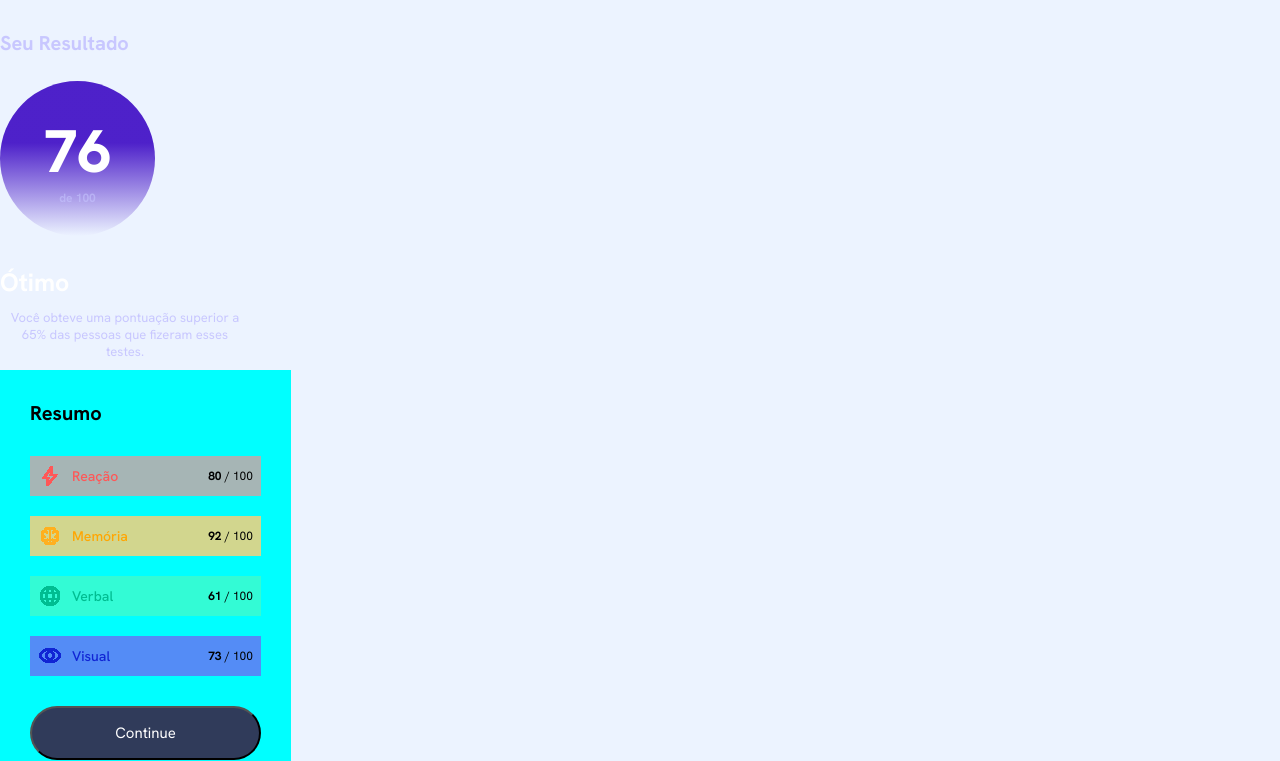
Repository: caique2512/resumo-de-resultados
Page: index.html
The author's editor kept a copy of each file at every save. The page is drawn from the files as they stood at one save, then again after a run of saves.
The browser window is 1280 px wide. The pictures show the whole page.

Above is the page before, as saved 2026-03-13 17:32:07.

After the next 3 saves:
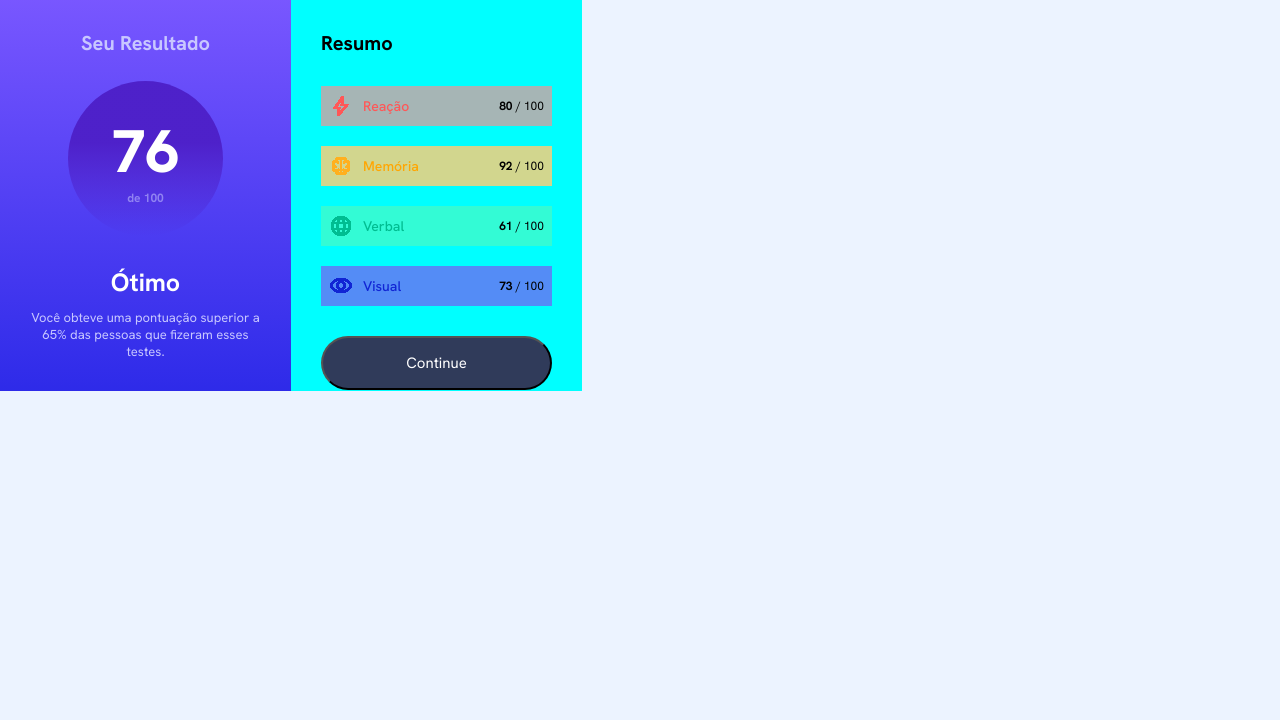
The 3 saves are shown as one change because they came seconds apart.
The last was saved 8 s later.
--- a/src/css/estilos.css
+++ b/src/css/estilos.css
@@ -5,7 +5,9 @@ body {
     background-color: #ECF3FF;
 }
 
-.con
+.conteudo {
+    display: flex;
+}
 
 .principal {
     background: linear-gradient(hsl(252, 100%, 67%), hsl(241, 81%, 54%));
